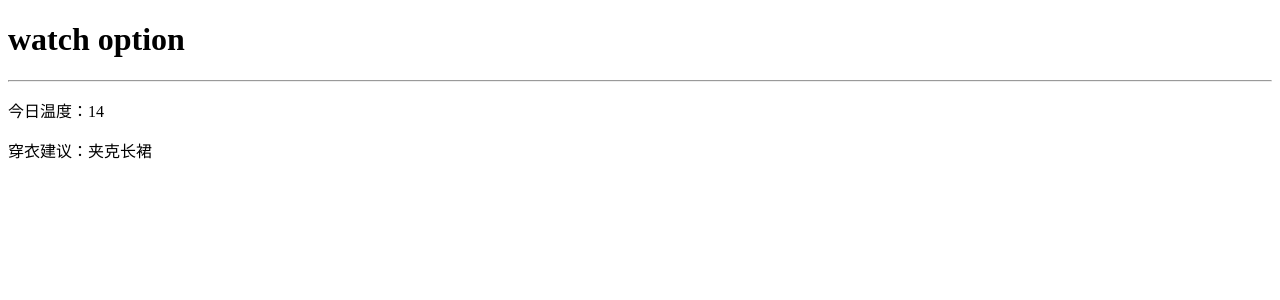
Repository: 13982720426/vue2.0-LearningNotes
Page: example/watch.html
These files come from the project's save history. The page is drawn as it stood at one moment and after the next save; the edit follows.
The browser window is 1280 px wide. The pictures show the whole page.

Above is the page before, as saved 2021-06-25 21:05:56.

### example/watch.html
<!DOCTYPE html>
<html lang="en">
  <head>
    <meta charset="UTF-8" />
    <meta http-equiv="X-UA-Compatible" content="IE=edge" />
    <meta name="viewport" content="width=device-width, initial-scale=1.0" />
    <title>watch option</title>
    <script type="text/javascript" src="../assets/js/vue.js"></script>
  </head>
  <body>
    <h1>watch option</h1>
    <hr />
    <div id="app">
      <p>今日温度：{{temperature}}</p>
      <p>穿衣建议：{{suggestion}}</p>
    </div>
    <script type="text/javascript">
      var app = new Vue({
        el: '#app',
        data: {
          temperature: 14,
          suggestion: '夹克长裙',
        },
      });
    </script>
  </body>
</html>

Loaded but not shown: assets/js/vue.js (library)

After the next save:
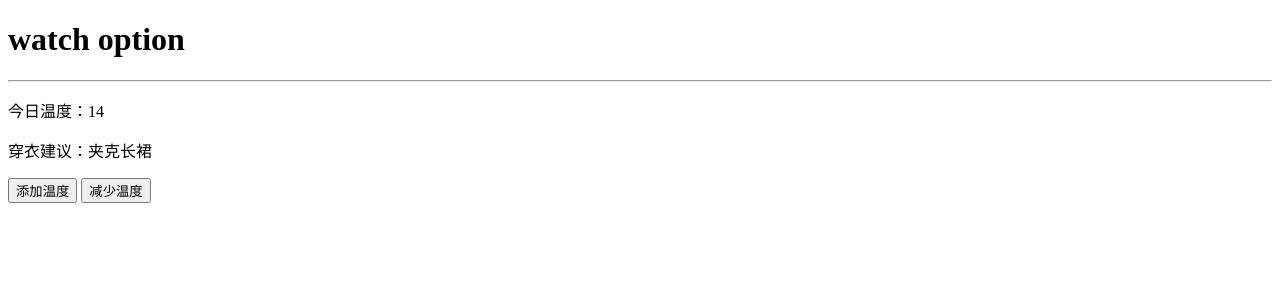
Saved 15 s later.
--- a/example/watch.html
+++ b/example/watch.html
@@ -13,6 +13,10 @@
     <div id="app">
       <p>今日温度：{{temperature}}</p>
       <p>穿衣建议：{{suggestion}}</p>
+      <p>
+        <button @click="add">添加温度</button>
+        <button @click="reduce">减少温度</button>
+      </p>
     </div>
     <script type="text/javascript">
       var app = new Vue({
